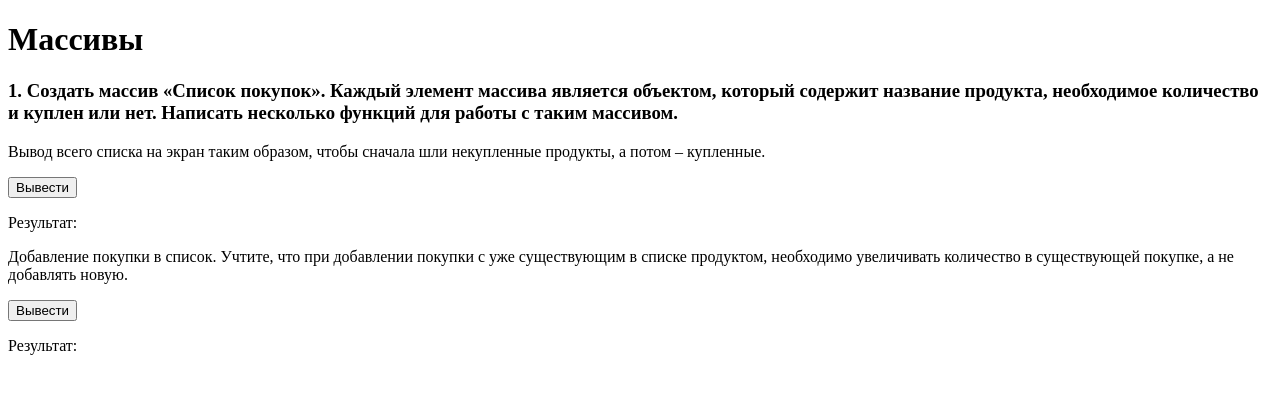
Repository: NastyaGavrilova/Beetroot-js
Page: HW5/index.html
These files come from the project's save history. The page is drawn as it stood at one moment and after the next save; the edit follows.
The browser window is 1280 px wide. The pictures show the whole page.
After loading, the first visible `#js-task1-btn1` was clicked once.

Above is the page before, as saved 2021-10-21 13:59:24.
Console error: ReferenceError: Product is not defined

### HW5/index.html
<!DOCTYPE html>
<html lang="en">
  <head>
    <meta charset="UTF-8" />
    <meta http-equiv="X-UA-Compatible" content="IE=edge" />
    <meta name="viewport" content="width=device-width, initial-scale=1.0" />
    <title>Arrays</title>
  </head>
  <body>
    <h1>Массивы</h1>
    <section class="c-task1">
      <div class="c-task1__wrapper">
        <h3 class="title">
          1. Создать массив «Список покупок». Каждый элемент массива является
          объектом, который содержит название продукта, необходимое количество и
          куплен или нет. Написать несколько функций для работы с таким
          массивом.
        </h3>
        <p class="paragraph">
          Вывод всего списка на экран таким образом, чтобы сначала шли
          некупленные продукты, а потом – купленные.
        </p>
        <button id="js-task1-btn1">Вывести</button>
        <p class="paragraph">Результат: <span id="js-task1-span1"></span></p>
        <p class="paragraph">
          Добавление покупки в список. Учтите, что при добавлении покупки с уже
          существующим в списке продуктом, необходимо увеличивать количество в
          существующей покупке, а не добавлять новую.
        </p>
        <button id="js-task1-btn2">Вывести</button>
        <p class="paragraph">Результат: <span id="js-task1-span2"></span></p>
      </div>
    </section>
    <script src="index.js"></script>
  </body>
</html>

### HW5/index.js
// task 1
class Products {
  constructor(params = {}) {
    Object.assign(
      this,
      {
        nameOfProduct: null,
        amount: 1,
        bought: false,
      },
      { ...params }
    );
  }

  static sortByBought(a, b) {
    // чтобы сначала шли некупленные продукты, а потом – купленные
    if (a.bought == "Не куплено") {
      return -1;
    }
    if (a.bought == "Куплено") {
      return 1;
    }
    return 0;
  }

  static showProduct(a) {
    return `${a.nameOfProduct} (x${a.amount}), ${a.bought}`;
  }
}

let shopList = [
  new Products("Банан", 2, "Не куплено"),
  new Products("Апельсин", 5, "Куплено"),
  new Products("Молоко", 1, " Куплено"),
  new Products("Груша", 10, "Не куплено"),
  new Products("Помидор", 4, "Не куплено"),
];

let btn1 = document.getElementById("js-task1-btn1");
btn1.addEventListener("click", (e) => {
  e.preventDefault();
  let showByBought = document.getElementById("js-task1-span1");
  shopList.sort(Product.sortByBought);
  return (showByBought.innerHTML = showProduct());
});

After the next save:
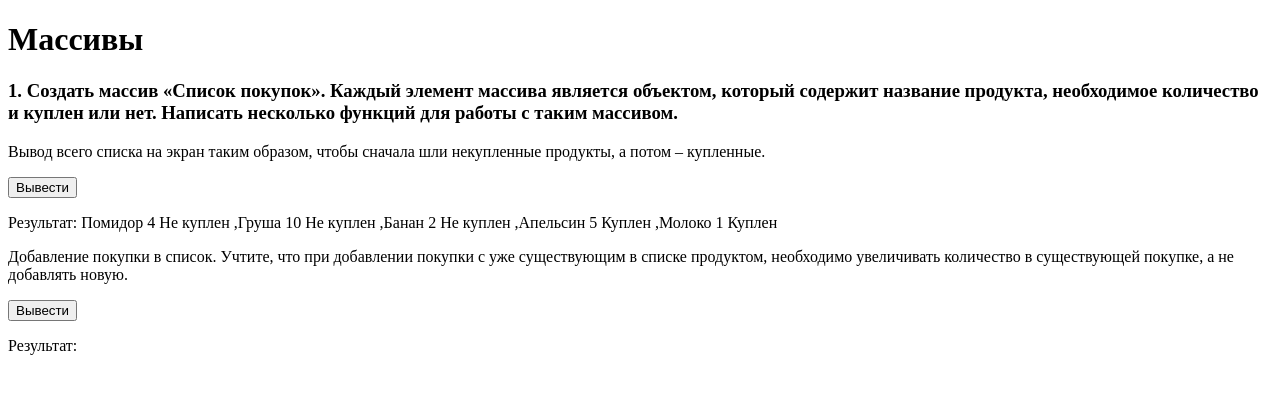
The error is gone.
Saved 103 s later.
--- a/HW5/index.js
+++ b/HW5/index.js
@@ -1,45 +1,33 @@
 // task 1
 class Products {
-  constructor(params = {}) {
-    Object.assign(
-      this,
-      {
-        nameOfProduct: null,
-        amount: 1,
-        bought: false,
-      },
-      { ...params }
-    );
+  constructor(nameOfProduct, amount, bought) {
+    this.nameOfProduct = nameOfProduct;
+    this.amount = amount;
+    this.bought = bought;
   }
 
-  static sortByBought(a, b) {
-    // чтобы сначала шли некупленные продукты, а потом – купленные
-    if (a.bought == "Не куплено") {
-      return -1;
-    }
-    if (a.bought == "Куплено") {
-      return 1;
-    }
-    return 0;
+  static sortByBought(a) {
+    if (a.bought == "Не куплен") return -1;
+    if (a.bought == "Куплен") return 1;
   }
 
   static showProduct(a) {
-    return `${a.nameOfProduct} (x${a.amount}), ${a.bought}`;
+    return `${a.nameOfProduct} ${a.amount} ${a.bought} `;
   }
 }
 
 let shopList = [
-  new Products("Банан", 2, "Не куплено"),
-  new Products("Апельсин", 5, "Куплено"),
-  new Products("Молоко", 1, " Куплено"),
-  new Products("Груша", 10, "Не куплено"),
-  new Products("Помидор", 4, "Не куплено"),
+  new Products("Банан", 2, "Не куплен"),
+  new Products("Апельсин", 5, "Куплен"),
+  new Products("Молоко", 1, " Куплен"),
+  new Products("Груша", 10, "Не куплен"),
+  new Products("Помидор", 4, "Не куплен"),
 ];
 
 let btn1 = document.getElementById("js-task1-btn1");
 btn1.addEventListener("click", (e) => {
   e.preventDefault();
   let showByBought = document.getElementById("js-task1-span1");
-  shopList.sort(Product.sortByBought);
-  return (showByBought.innerHTML = showProduct());
+  shopList.sort(Products.sortByBought);
+  return (showByBought.innerHTML = shopList.map(Products.showProduct));
 });
